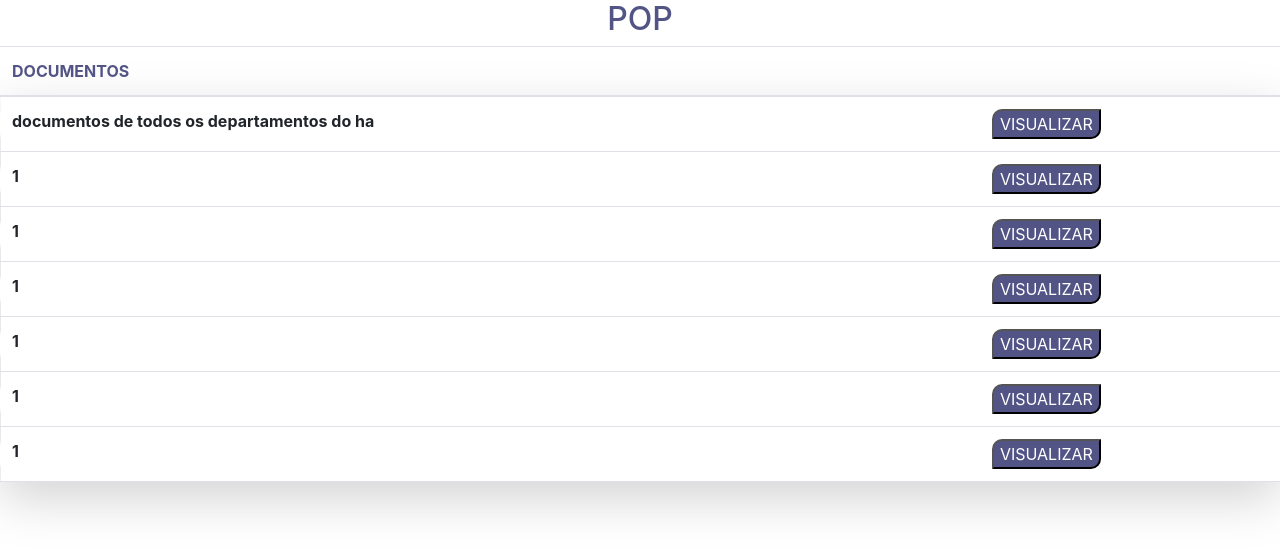
Repository: Leandromarim/INTRANET_PARTICULAR
Page: pop.html
An editor plug-in stored every save of this project. The page is shown before and after the next save, followed by the edit.
The browser window is 1280 px wide. The pictures show the whole page.

Above is the page before, as saved 2021-12-17 10:13:57.
Not found: ajax.js

After the next save:
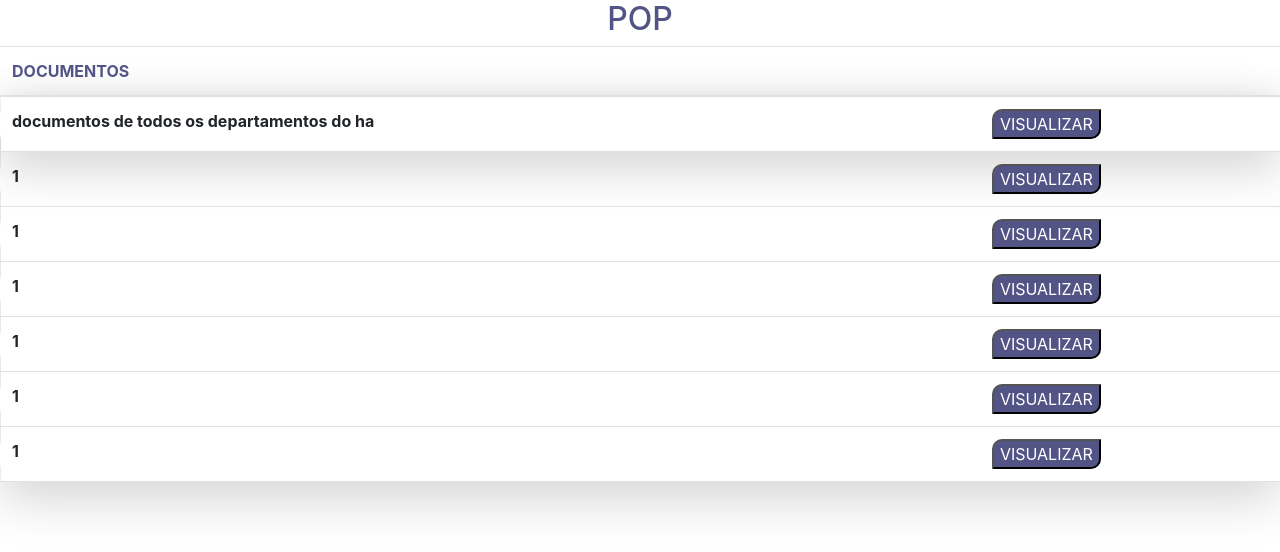
Saved 30 s later.
--- a/pop.html
+++ b/pop.html
@@ -35,7 +35,7 @@
                 </tr>
             </thead>
             <tbody class="shadow-sm shadow-lg p-3 mb-5 bg-white">
-                <tr>
+                <tr class="shadow-sm shadow-lg p-3 mb-5 bg-white">
                     <th>documentos de todos os departamentos do ha</th>
                     <td></td>
                     <td></td>
